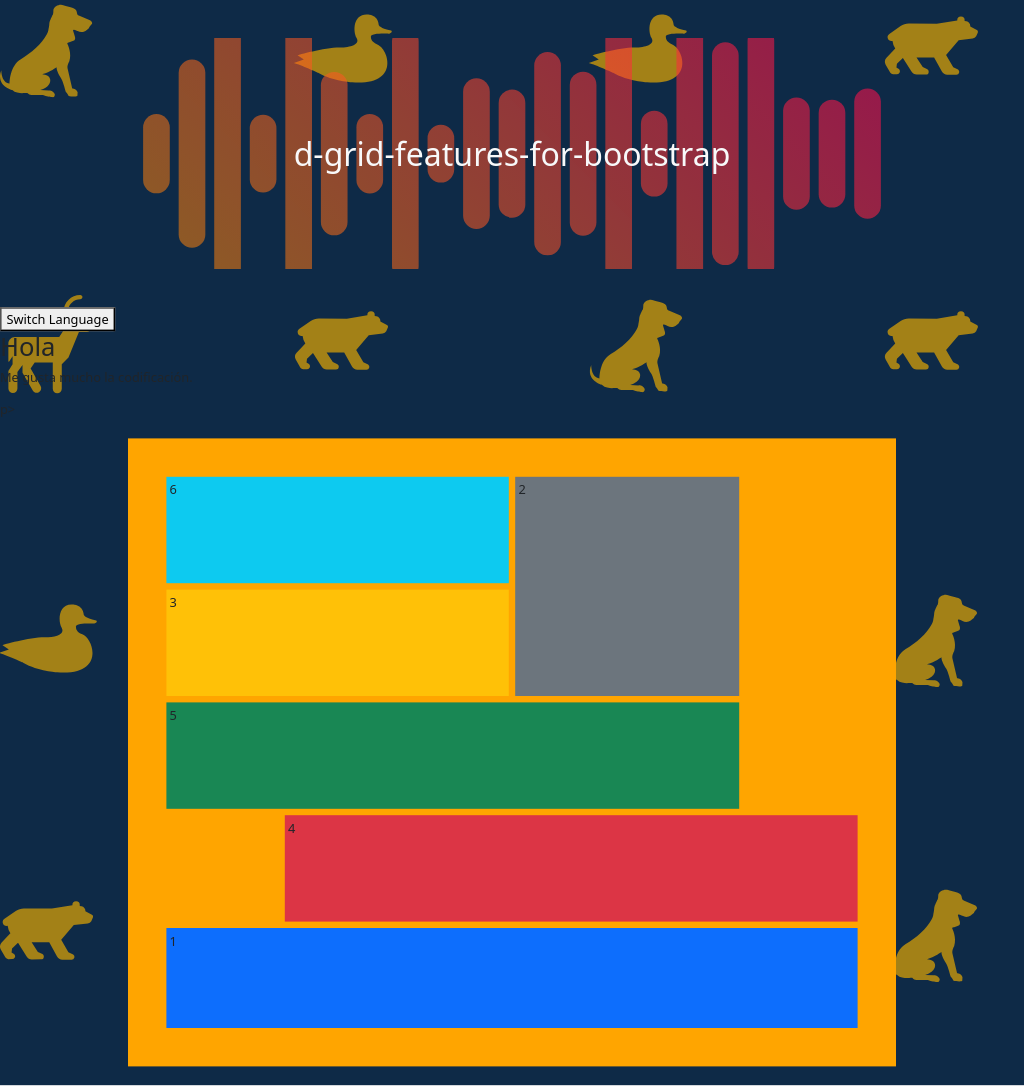
Repository: LynxPardelle/d-grid-features-for-bootstrap
Page: index.html
These files come from the project's save history. The page is drawn as it stood at one moment and after the next save; the edit follows.
The browser window is 1280 px wide. The pictures show the whole page, at 80% of full size.

Above is the page before, as saved 2021-10-20 23:34:54.

### index.html
<!DOCTYPE html>
<html lang="es">
  <head>
    <meta charset="UTF-8" />
    <meta http-equiv="X-UA-Compatible" content="IE=edge" />
    <meta name="viewport" content="width=device-width, initial-scale=1.0" />
    <meta name="author" content="Lynx Pardelle" />
    <title>d-grid-features-for-bootstrap</title>
    <link
      href="https://cdn.jsdelivr.net/npm/bootstrap@5.1.3/dist/css/bootstrap.min.css"
      rel="stylesheet"
      integrity="sha384-1BmE4kWBq78iYhFldvKuhfTAU6auU8tT94WrHftjDbrCEXSU1oBoqyl2QvZ6jIW3"
      crossorigin="anonymous"
    />
    <style>
      body {
        background-image: url("data:[embedded picture, 9376 characters]");
        background-size: cover;
        background-repeat: repeat;
        background-position: left top;
      }

      h1 {
        background-image: url("data:[embedded picture, 2297 characters]");
        background-size: cover;
        background-repeat: no-repeat;
        background-position: center center;
        padding: 7.5rem;
      }
    </style>
  </head>
  <body>
    <h1 class="text-center text-light my-5">d-grid-features-for-bootstrap</h1>

    <button id="switch-lang" onclick="SwitchLang()">Switch Language</button>

    <h2><span data-lang="en">Hello</span> <span data-lang="es">Hola</span></h2>

    <div>
      <p data-lang="en">I really enjoy coding.</p>
      <p data-lang="es">Me gusta mucho la codificación.</p>
    </div>p>
    </div>

    <!-- <section class="d-grid bg-dark" data-gfbs data-gfbs-gtc="repeat(4, 1fr)" data-gfbs-gtr="repeat(2, 50px)" > -->
    <!-- <section class="d-grid bg-dark" data-gfbs data-gfbs-gta='"f f b c c a"" f f d e e a"'> -->
    <section
      class="d-grid w-75 mx-auto my-4"
      data-gfbs
      data-gfbs-custom="background-color: black; padding: 1rem;"
      data-gfbs-custom-sm="background-color: pink; padding: 2rem;"
      data-gfbs-custom-md="background-color: orange; padding: 3rem;"
      data-gfbs-gt='
      [row1-start] "a a b ." 12.5px [row1-end]
      [row2-start] "a a b ." 12.5px [row2-end]
      [row3-start] "c c b d" 12.5px [row3-end]
      [row4-start] "c c b d" 12.5px [row4-end]
      [row5-start] "e e e d" 12.5px [row5-end]
      [row6-start] "e e e d" 12.5px [row6-end]
      [row7-start] ". f f f" 12.5px [row7-end]
      [row8-start] ". f f f" 12.5px [row8-end]
      [row9-start] "g g g g" 25px [row9-end]
      / 2fr 1fr 1fr 3fr'
      data-gfbs-gt-sm='
      [row1-start] "a b b ." 25px [row1-end]
      [row2-start] "a b b ." 25px [row2-end]
      [row3-start] "c c c ." 25px [row3-end]
      [row4-start] "c c c ." 25px [row4-end]
      [row5-start] "e e d d" 25px [row5-end]
      [row6-start] "e e d d" 25px [row6-end]
      [row7-start] ". f f ." 25px [row7-end]
      [row8-start] ". f f ." 25px [row8-end]
      [row9-start] "g g g g" 50px [row9-end]
      / 1fr 2fr 2fr 1fr'
      data-gfbs-gt-md='
      [row1-start] "a a a b" 37.5px [row1-end]
      [row2-start] "a a a b" 37.5px [row2-end]
      [row3-start] "c c d d" 37.5px [row3-end]
      [row4-start] "c c d d" 37.5px [row4-end]
      [row5-start] "e e d d" 37.5px [row5-end]
      [row6-start] "e e d d" 37.5px [row6-end]
      [row7-start] "f f f f" 37.5px [row7-end]
      [row8-start] "g g g g" 37.5px [row8-end]
      [row9-start] "g g g g" 75px [row9-end]
      / 1fr 2fr 2fr 1fr'
      data-gfbs-gt-lg='
      [row1-start] "a a b ." 50px [row1-end]
      [row2-start] "a a b ." 50px [row2-end]
      [row3-start] "c c b d" 50px [row3-end]
      [row4-start] "c c b d" 50px [row4-end]
      [row5-start] "e e e d" 50px [row5-end]
      [row6-start] "e e e d" 50px [row6-end]
      [row7-start] ". f f f" 50px [row7-end]
      [row8-start] ". f f f" 50px [row8-end]
      [row9-start] "g g g g" 100px [row9-end]
      / 1fr 2fr 2fr 1fr'
      data-gfbs-gt-xl='
      [row1-start] "a a b ." 62.5px [row1-end]
      [row2-start] "a a b ." 62.5px [row2-end]
      [row3-start] "c c b d" 62.5px [row3-end]
      [row4-start] "c c b d" 62.5px [row4-end]
      [row5-start] "e e e d" 62.5px [row5-end]
      [row6-start] "e e e d" 62.5px [row6-end]
      [row7-start] ". f f f" 62.5px [row7-end]
      [row8-start] ". f f f" 62.5px [row8-end]
      [row9-start] "g g g g" 125px [row9-end]
      / 1fr 2fr 2fr 1fr'
      data-gfbs-gt-xxl='
      [row1-start] "a a b ." 87.5px [row1-end]
      [row2-start] "a a b ." 87.5px [row2-end]
      [row3-start] "c c b d" 87.5px [row3-end]
      [row4-start] "c c b d" 87.5px [row4-end]
      [row5-start] "e e e d" 87.5px [row5-end]
      [row6-start] "e e e d" 87.5px [row6-end]
      [row7-start] ". f f f" 87.5px [row7-end]
      [row8-start] ". f f f" 87.5px [row8-end]
      [row9-start] "g g g g" 150px [row9-end]
      / 1fr 2fr 2fr 1fr'
      data-gfbs-gap="0.5rem"
    >
      <!-- data-gfbs-cg="1rem"
      data-gfbs-rg="1rem" -->
      <div
        data-gfbs
        data-gfbs-iga="a"
        data-gfbs-iga-sm="g"
        class="bg-primary p-1"
      >
        1
      </div>

      <div data-gfbs data-gfbs-iga="b" class="bg-secondary p-1">2</div>
      <div data-gfbs data-gfbs-iga="c" class="bg-warning p-1">3</div>
      <div
        data-gfbs
        data-gfbs-iga="d"
        data-gfbs-iga-lg="f"
        class="bg-danger p-1"
      >
        4
      </div>
      <div data-gfbs data-gfbs-iga="e" class="bg-success p-1">5</div>
      <div data-gfbs data-gfbs-iga="f" data-gfbs-iga-md="a" class="bg-info p-1">
        6
      </div>
    </section>

    <script
      src="https://cdn.jsdelivr.net/npm/bootstrap@5.1.3/dist/js/bootstrap.bundle.min.js"
      integrity="sha384-ka7Sk0Gln4gmtz2MlQnikT1wXgYsOg+OMhuP+IlRH9sENBO0LRn5q+8nbTov4+1p"
      crossorigin="anonymous"
    ></script>
    <script src="./d-grid.js"></script>
    <script src="./langChanger.js"></script>
  </body>
</html>

### d-grid.js
"use strict";

function gridCreate(){
  let wWidth = window.innerWidth;
  let gridElements = document.querySelectorAll("[data-gfbs]");

  function checkIfHasBP(gridElement, atr) {
    let hasIt = false;
    for (let attribute of gridElement.attributes) {
      let at = attribute.localName;
      if (at.includes(atr)) {
        switch (true) {
          case at.includes("-sm") && wWidth >= 576 && wWidth < 768:
            hasIt = true;
            break;
          case at.includes("-md") && wWidth >= 768 && wWidth < 992:
            hasIt = true;
            break;
          case at.includes("-lg") && wWidth >= 992 && wWidth < 1200:
            hasIt = true;
            break;
          case at.includes("-xl") && wWidth >= 1200 && wWidth < 1400:
            hasIt = true;
            break;
          case at.includes("-xxl") && wWidth >= 1400:
            hasIt = true;
            break;
        }
      }
    }

    return hasIt;
  }

  for (let gridElement of gridElements) {
    for (let attribute of gridElement.attributes) {
      let at = attribute.localName;
      let attValue = attribute.value;

      if (
        at.includes("gfbs-") &&
        ((!at.includes("-sm") &&
          !at.includes("-md") &&
          !at.includes("-lg") &&
          !at.includes("-xl") &&
          !at.includes("-xxl") &&
          !checkIfHasBP(gridElement, at)) ||
          (at.includes("-sm") &&
            wWidth >= 576 &&
            (!at.includes("-md") || (at.includes("-md") && wWidth < 768)) &&
            (!at.includes("-lg") || (at.includes("-lg") && wWidth < 992)) &&
            (!at.includes("-xl") || (at.includes("-xl") && wWidth < 1200)) &&
            (!at.includes("-xll") || (at.includes("-xxl") && wWidth < 1400))) ||
          (at.includes("-md") &&
            wWidth >= 768 &&
            (!at.includes("-lg") || (at.includes("-lg") && wWidth < 992)) &&
            (!at.includes("-xl") || (at.includes("-xl") && wWidth < 1200)) &&
            (!at.includes("-xll") || (at.includes("-xxl") && wWidth < 1400))) ||
          (at.includes("-lg") &&
            wWidth >= 992 &&
            (!at.includes("-xl") || (at.includes("-xl") && wWidth < 1200)) &&
            (!at.includes("-xll") || (at.includes("-xxl") && wWidth < 1400))) ||
          (at.includes("-xl") &&
            wWidth >= 1200 &&
            (!at.includes("-xll") || (at.includes("-xxl") && wWidth < 1400))) ||
          (at.includes("-xxl") && wWidth >= 1400))
      ) {
        switch (true) {
          /* Container */
          case at.includes("custom"):
            gridElement.style.cssText += attValue;
            break;
          case at.includes("gtc"):
            gridElement.style.gridTemplateColumns = attValue;
            break;
          case at.includes("gtr"):
            gridElement.style.gridTemplateRows = attValue;
            break;
          case at.includes("gta"):
            gridElement.style.gridTemplateAreas = attValue;
            break;
          case at.includes("gt"):
            gridElement.style.gridTemplate = attValue;
            break;
          case at.includes("cg"):
            gridElement.style.columnGap = attValue;
            break;
          case at.includes("rg"):
            gridElement.style.rowGap = attValue;
            break;
          case at.includes("gap"):
            gridElement.style.gap = attValue;
            break;
          case at.includes("ji"):
            gridElement.style.justifyItems = attValue;
            break;
          case at.includes("ai"):
            gridElement.style.alignItems = attValue;
            break;
          case at.includes("pi"):
            gridElement.style.placeItems = attValue;
            break;
          case at.includes("jc"):
            gridElement.style.justifyContent = attValue;
            break;
          case at.includes("ac"):
            gridElement.style.alignContent = attValue;
            break;
          case at.includes("pc"):
            gridElement.style.placeContent = attValue;
            break;
          case at.includes("gac"):
            gridElement.style.gridAutoColumns = attValue;
            break;
          case at.includes("gar"):
            gridElement.style.gridAutoRows = attValue;
            break;
          case at.includes("gaf"):
            gridElement.style.gridAutoFlow = attValue;
            break;
          case at.includes("grid"):
            gridElement.style.grid = attValue;
            break;

          /* Item */
          case at.includes("gcs"):
            gridElement.style.gridColumnStart = attValue;
            break;
          case at.includes("gce"):
            gridElement.style.gridColumnEnd = attValue;
            break;
          case at.includes("gc"):
            gridElement.style.gridColumn = attValue;
            break;
          case at.includes("grs"):
            gridElement.style.gridRowStart = attValue;
            break;
          case at.includes("gre"):
            gridElement.style.gridRowEnd = attValue;
            break;
          case at.includes("gr"):
            gridElement.style.gridRow = attValue;
            break;
          case at.includes("iga"):
            gridElement.style.gridArea = attValue;
            break;
          case at.includes("js"):
            gridElement.style.justifySelf = attValue;
            break;
          case at.includes("as"):
            gridElement.style.alignSelf = attValue;
            break;
          case at.includes("ps"):
            gridElement.style.placeSelf = attValue;
            break;
        }
      }
    }
  }
}

window.onload = gridCreate();
window.addEventListener("resize", gridCreate);

### langChanger.js
let langEs = false;
let langEn = true;

let elementsEs = document.querySelectorAll('[data-lang="es"]')
let elementsEn = document.querySelectorAll('[data-lang="en"]')
for(let element of elementsEn){
  console.log(element);
  element.className += "d-none";
}

function SwitchLang() {
  langEs = !langEs;
  langEn = !langEn;

  switch(true){

    case langEs === true :
    for(let element of elementsEn){
      if(!hasClass(element, 'd-none')){
        element.className += "d-none";
      }
    }
    for(let element of elementsEs){
      if(hasClass(element, 'd-none')){
        element.classList.remove("d-none");
      }
    }
    break;
    case langEn === true :
    for(let element of elementsEn){
      if(hasClass(element, 'd-none')){
        element.className += "d-none";
      }
    }
    break;
  }
};

function hasClass(element, className) {
  return (' ' + element.className + ' ').indexOf(' ' + className+ ' ') > -1;
}

After the next save:
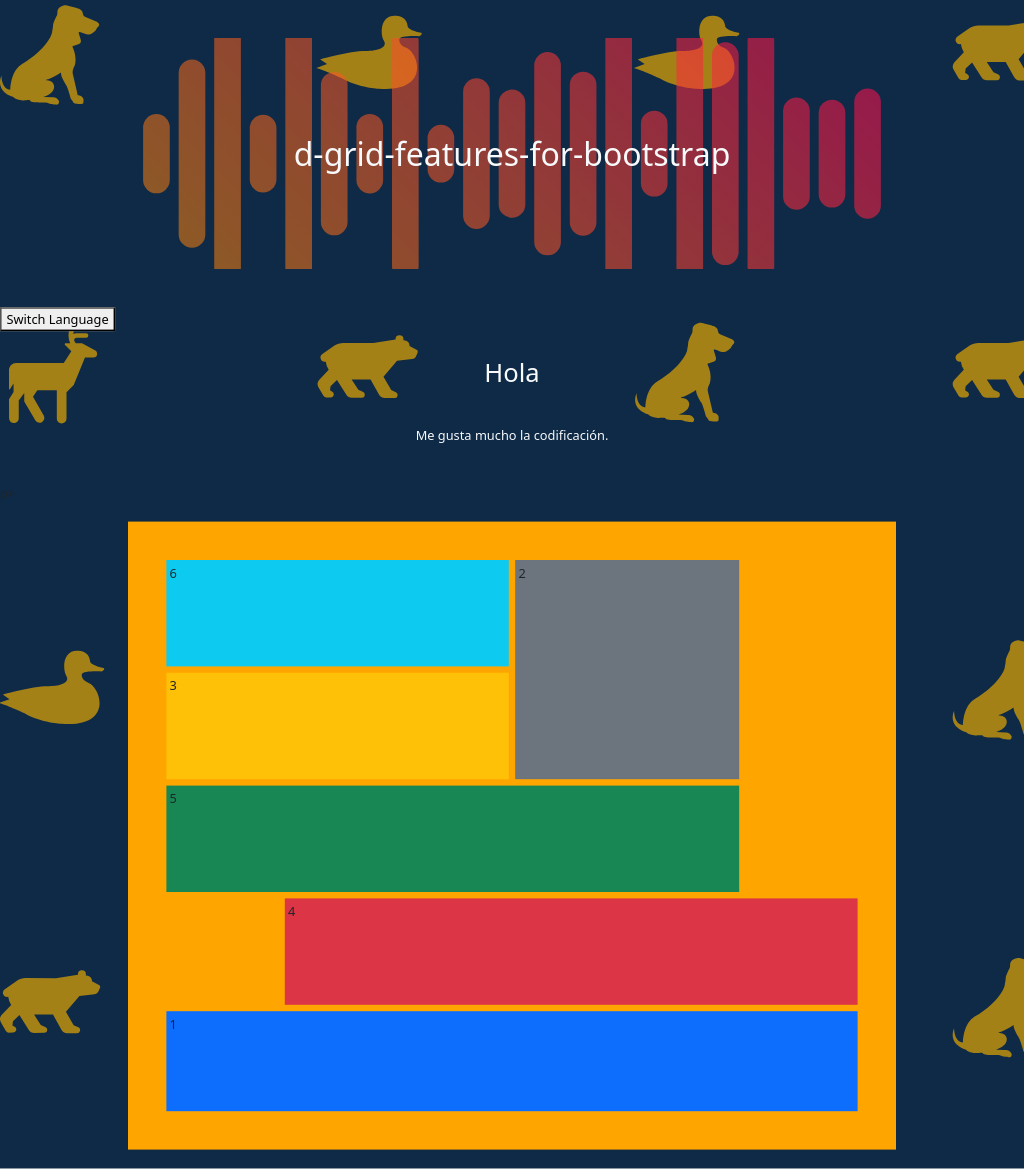
Saved 76 s later.
--- a/index.html
+++ b/index.html
@@ -34,9 +34,9 @@
 
     <button id="switch-lang" onclick="SwitchLang()">Switch Language</button>
 
-    <h2><span data-lang="en">Hello</span> <span data-lang="es">Hola</span></h2>
+    <h2 class="text-center text-light p-3 m-3"><span data-lang="en">Hello</span> <span data-lang="es">Hola</span></h2>
 
-    <div>
+    <div class="text-center text-light p-3 m-3">
       <p data-lang="en">I really enjoy coding.</p>
       <p data-lang="es">Me gusta mucho la codificación.</p>
     </div>p>
